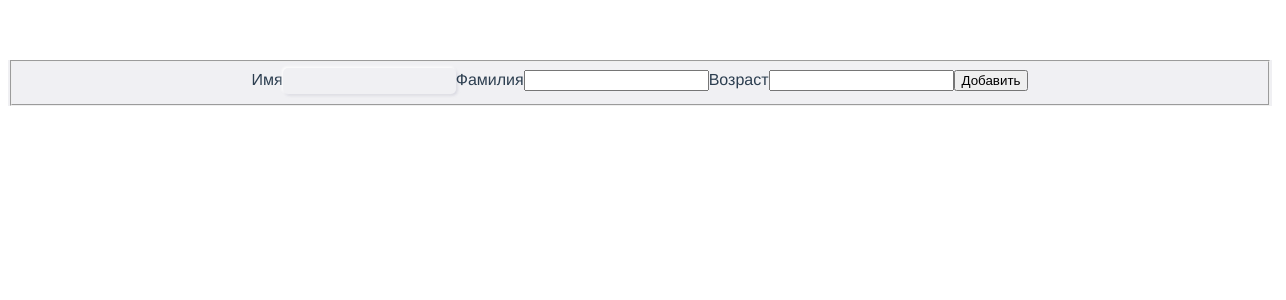
Repository: shum89/test-vue-table
Page: /
The author's editor kept a copy of each file at every save. The page is drawn from the files as they stood at one save, then again after the next save.
The browser window is 1280 px wide. The page is 1280 px wide, then 1286 px, so the pictures cover 1286 px, including what lies to the right of the window. The pictures show the whole page.
The project was rebuilt for these pictures with package versions that can differ from the ones it lists, and the page was loaded fresh each time. Also part of the build but not shown: vue.config.js.

Above is the page before, as saved 2021-07-18 13:53:56.

After the next save:
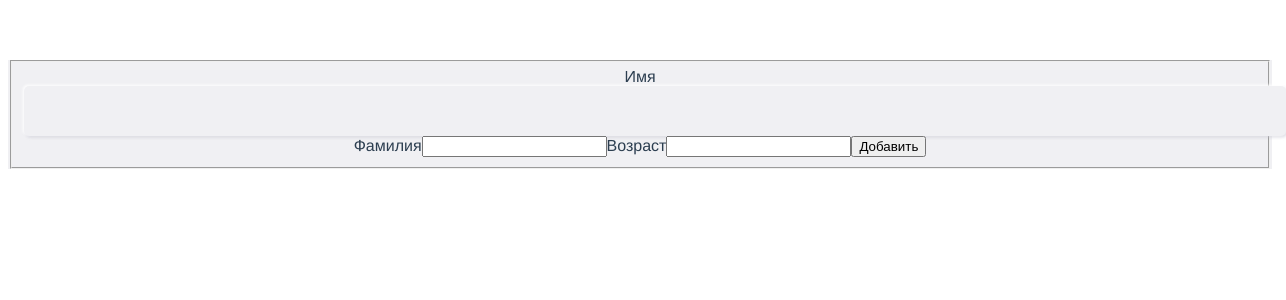
Saved 35 s later.
--- a/src/components/Form.vue
+++ b/src/components/Form.vue
@@ -45,6 +45,11 @@ export default {
 .form__input {
   width: 169px;
   border: none;
+  appearance: none;
+  width: 100%;
+  border-radius: 10px;
+  min-height: 30px;
+  padding: 10px 15px;
   height: 24px;
   background: #f0f0f3;
   box-shadow: -1px -1px 3px #ffffff, 1.5px 1.5px 3px rgba(174, 174, 192, 0.4);
